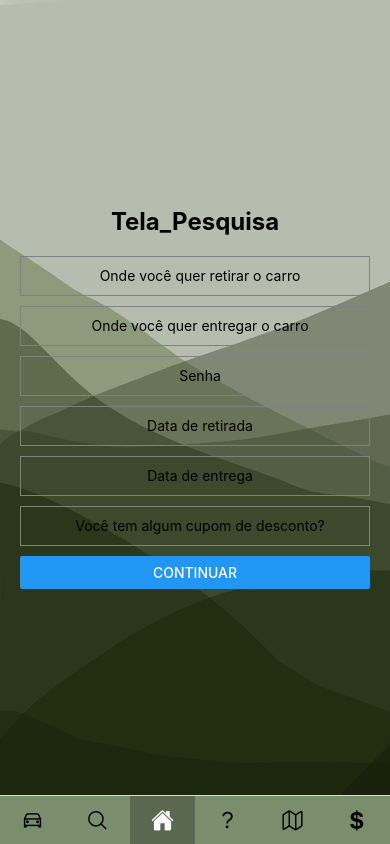
Repository: GabrielAron/EcoWheels
Page: /Home
These files come from the project's save history. The page is drawn as it stood at one moment and after the next save; the edit follows.
The browser window is 390 px wide. The pictures show the whole page.
The app was drawn by React Native's web renderer in a window 390 px wide. The project was rebuilt for these pictures with package versions that can differ from the ones it lists, and the page was loaded fresh each time. Also part of the build but not shown: src/Paginas/Carros/index.js, src/Paginas/Ajuda/index.js, src/Paginas/Mapa/index.js, src/Paginas/Pagamento/pagamento.js.

Above is the page before, as saved 2023-11-24 14:32:23.

### App.js
import React from 'react';
import Routes from './src/Paginas/routes';
import { ReservaProvider } from './src/Paginas/ReservaContext';


function App() {
  return (
    <ReservaProvider>
      <Routes />
    </ReservaProvider>
  );
}

export default App;

### src/Paginas/routes.js
import React from 'react';
import { createBottomTabNavigator } from '@react-navigation/bottom-tabs';
import { NavigationContainer } from '@react-navigation/native';
import { Ionicons } from '@expo/vector-icons';

import Home from './Home';
import Explorar from './Carros';
import Ajuda from './Ajuda';
import Reservas from './Locacoes';
import Recarga from './Mapa';
import Pagamento from './Pagamento/pagamento';

const Tab = createBottomTabNavigator();

export default function Routes() {
  return (
    <NavigationContainer>
      <Tab.Navigator
        tabBarOptions={{
          showLabel: false, // Oculta as etiquetas de texto das guias
          tabBarStyle: {
            position: 'absolute',
            backgroundColor: '#7A8D6D',
            height:700,
          },
          tabStyle: {
            elevation: 0,
          },
          inactiveBackgroundColor: '#7A8D6D',
          activeBackgroundColor: '#5A6851',
        }}
      >
        <Tab.Screen
          name="Reservas"
          component={Reservas}
          options={{
            headerShown: false,
            tabBarIcon: ({ color, size, focused }) => {
              if (focused) {
                return <Ionicons name="md-car" size={23} color="#FFF" />;
              } else {
                return <Ionicons name="md-car-outline" size={23} color="#000000" />;
              }
            },
          }}
        />
        <Tab.Screen
          name="Explorar"
          component={Explorar}
          options={{
            headerShown: false,
            tabBarIcon: ({ color, size, focused }) => {
              if (focused) {
                return <Ionicons name="md-search" size={23} color="#FFF" />;
              } else {
                return <Ionicons name="md-search-outline" size={23} color="#000000" />;
              }
            },
          }}
        />
        <Tab.Screen
          name="Home"
          component={Home}
          options={{
            headerShown: false,
            tabBarIcon: ({ color, size, focused }) => {
              if (focused) {
                return <Ionicons name="md-home" size={23} color="#FFF" />;
              } else {
                return <Ionicons name="md-home-outline" size={23} color="#000000" />;
              }
            },
          }}
        />
        <Tab.Screen
          name="Ajuda"
          component={Ajuda}
          options={{
            headerShown: false,
            tabBarIcon: ({ color, size, focused }) => {
              if (focused) {
                return <Ionicons name="md-help" size={23} color="#FFF" />;
              } else {
                return <Ionicons name="md-help-outline" size={23} color="#000000" />;
              }
            },
          }}
        />
        <Tab.Screen
          name="Recarga"
          component={Recarga}
          options={{
            headerShown: false,
            tabBarIcon: ({ color, size, focused }) => {
              if (focused) {
                return <Ionicons name="md-map" size={23} color="#FFF" />;
              } else {
                return <Ionicons name="md-map-outline" size={23} color="#000000" />;
              }
            },
          }}
        />
         <Tab.Screen
          name="Pagamento"
          component={Pagamento}
          options={{
            headerShown: false,
            tabBarIcon: ({ color, size, focused }) => {
              if (focused) {
                return <Ionicons name="logo-usd" size={23} color="#FFF" />;

              } else {
                return <Ionicons name="logo-usd" size={23} color="#000000" />;
              }
            },
          }}
        />
      </Tab.Navigator>
    </NavigationContainer>
  );
}

### src/Paginas/ReservaContext.js
import React, { createContext, useState } from 'react';

export const ReservaContext = createContext();

export const ReservaProvider = ({ children }) => {
  const [reservas, setReservas] = useState([]);

  return (
    <ReservaContext.Provider value={{ reservas, setReservas }}>
      {children}
    </ReservaContext.Provider>
  );
};

### src/Paginas/Home/index.js
import React from 'react';
import { View, Text, TextInput, Button, StyleSheet, ImageBackground } from 'react-native';
import Fundo from '/imagens/fundoverde.jpg';

export default function App() {
  return (
    <ImageBackground source={Fundo} style={styles.image}>
      <View style={styles.container}>
        <Text style={styles.title}>Tela_Pesquisa</Text>
        <TextInput style={styles.input} placeholder="Onde você quer retirar o carro" />
        <TextInput style={styles.input} placeholder="Onde você quer entregar o carro" />
        <TextInput style={styles.input} placeholder="Senha" secureTextEntry={true} />
        <TextInput style={styles.input} placeholder="Data de retirada" />
        <TextInput style={styles.input} placeholder="Data de entrega" />
        <TextInput style={styles.input} placeholder="Você tem algum cupom de desconto?" />
        <Button title="Continuar" onPress={() => {}} />
      </View>
    </ImageBackground>
  );
}

const styles = StyleSheet.create({
  container: {
    flex: 1,
    justifyContent: 'center',
    padding: 20,
  },
  image: {
    flex: 1,
    resizeMode: 'cover',
    justifyContent: 'center',
  },
  title: {
    fontSize: 24,
    fontWeight: 'bold',
    textAlign: 'center',
    marginBottom: 20,
  },
  input: {
    height: 40,
    borderColor: 'gray',
    borderWidth: 1,
    marginBottom: 10,
    paddingLeft: 10,
    textAlign: 'center',
  },
});

### src/Paginas/Locacoes/index.js
import React, { useState, useContext } from 'react';
import { View, Text, ImageBackground, Button, StyleSheet, ScrollView, Modal, Alert } from 'react-native';
import Fundo from '/imagens/fundoverde.jpg';
import { ReservaContext } from '../ReservaContext'; // Atualize o caminho conforme necessário

const Card = ({ id, title, image }) => {
  const [modalVisible, setModalVisible] = useState(false);
  const { reservas, setReservas } = useContext(ReservaContext);
  const [carros, setCarros] = useState([

      { id: 1, title: "QUALIDADE PARA UM CONFORTO E ÓTIMO PASSEIO - Exquisite Cruiser 1.8", image: "https://cdn.leonardo.ai/users/cf8d0bec-5da3-4e6a-aed2-13735b2a6925/generations/a40b4ef5-35ec-4e32-a5ff-cc2ef5e85345/PhotoReal_make_a_background_image_for_a_cell_phone_application_2.jpg?w=512" },
      { id: 2, title: "DESIGN E CONFORTO EM UM - Rider GT 3.0", image: "https://cdn.leonardo.ai/users/cf8d0bec-5da3-4e6a-aed2-13735b2a6925/generations/a40b4ef5-35ec-4e32-a5ff-cc2ef5e85345/PhotoReal_make_a_background_image_for_a_cell_phone_application_3.jpg?w=512" },
      { id: 3, title: "FORÇA PARA DESAFIOS OFF-Road - Viper GT 3.0 ", image: "https://cdn.leonardo.ai/users/cf8d0bec-5da3-4e6a-aed2-13735b2a6925/generations/a0fe3adc-2c2f-4336-bc49-e57599170dd1/PhotoReal_faa_um_hummer_eltrico_novo_andando_por_uma_cidade_3.jpg?w=512" },
      { id: 4, title: "UM CARRO ANTIGO E ESTILOSO PARA OS AMANTES DE CLÁSSICOS - Bentley 1.8", image: "https://cdn.leonardo.ai/users/cf8d0bec-5da3-4e6a-aed2-13735b2a6925/generations/c6457b66-6149-4c4d-8408-99c27071dc1e/PhotoReal_faa_um_carro_eletrico_executivo_andando_por_uma_cida_0.jpg?w=512" },
      { id: 5, title: "UM CARRO VERSÁTIL QUE ATENDE A TODAS AS NECESSIDADES FLEXUS X 1.0", image: "https://cdn.leonardo.ai/users/cf8d0bec-5da3-4e6a-aed2-13735b2a6925/generations/f62f0f84-2ea5-4c9d-a4e3-33ade848f3b2/PhotoReal_make_a_background_image_for_a_cell_phone_application_3.jpg?w=512" },
      { id: 6, title: "UMA OPÇÃO PERFEITA PARA QUEM BUSCA PRATICIDADE E CONFORTO - LUXURY DRIVE 1.6", image: "https://cdn.leonardo.ai/users/cf8d0bec-5da3-4e6a-aed2-13735b2a6925/generations/589507b8-d87b-4a85-b05e-c325ccebd6b6/PhotoReal_make_a_background_image_for_a_cell_phone_application_1.jpg?w=512" },
      { id: 7, title: "UM CARRO ESPORTIVO COM DESEMPENHO DE ALTA POTÊNCIA Vortex GT 5.0", image: "https://fotos-jornaldocarro-estadao.nyc3.cdn.digitaloceanspaces.com/wp-content/uploads/2023/01/13072602/Carro_esportivo.jpg" },
    ]);


  return (
    <View style={styles.card}>
      <ImageBackground source={{ uri: image }} style={styles.image}>
        <View style={styles.content}>
          <Text style={styles.title}>{title}</Text>
          <Button title="Reservar" onPress={() => setModalVisible(true)} />
        </View>
      </ImageBackground>

      <Modal
        animationType="slide"
        transparent={true}
        visible={modalVisible}
        onRequestClose={() => {
          Alert.alert("Modal has been closed.");
          setModalVisible(!modalVisible);
        }}
      >
        <View style={styles.centeredView}>
          <View style={styles.modalView}>
            <Text style={styles.modalText}>Deseja mesmo reservar o carro?</Text>

            <Button
              style={[styles.button, styles.buttonClose]}
              onPress={() => {
                setReservas([...reservas, { id, title, image }]);
                setCarros(carros.filter(carro => carro.id !== id));
                setModalVisible(!modalVisible);
              }}
              title="Sim"
            />
            <Button
              style={[styles.button, styles.buttonCancel]}
              onPress={() => setModalVisible(!modalVisible)}
              title="Não"
            />
          </View>
        </View>
      </Modal>
    </View>
  );
};

export default function Reservas() {
  return (
    <View style={styles.container}>
      <ImageBackground source={Fundo} style={styles.image}>
        <Text style={styles.text}>Carros</Text>
        <View style={styles.cardContainer}>
          <ScrollView showsVerticalScrollIndicator={false}>
            <Card id={1} title="QUALIDADE PARA UM CONFORTO E ÓTIMO PASSEIO - Exquisite Cruiser 1.8" image="https://cdn.leonardo.ai/users/cf8d0bec-5da3-4e6a-aed2-13735b2a6925/generations/a40b4ef5-35ec-4e32-a5ff-cc2ef5e85345/PhotoReal_make_a_background_image_for_a_cell_phone_application_2.jpg?w=512" />
            <Card id={2} title="DESIGN E CONFORTO EM UM - Rider GT 3.0" image="https://cdn.leonardo.ai/users/cf8d0bec-5da3-4e6a-aed2-13735b2a6925/generations/a40b4ef5-35ec-4e32-a5ff-cc2ef5e85345/PhotoReal_make_a_background_image_for_a_cell_phone_application_3.jpg?w=512" />
            <Card id={3} title="FORÇA PARA DESAFIOS OFF-Road - Viper GT 3.0 " image="https://cdn.leonardo.ai/users/cf8d0bec-5da3-4e6a-aed2-13735b2a6925/generations/a0fe3adc-2c2f-4336-bc49-e57599170dd1/PhotoReal_faa_um_hummer_eltrico_novo_andando_por_uma_cidade_3.jpg?w=512" />
            <Card id={4} title="UM CARRO ANTIGO E ESTILOSO PARA OS AMANTES DE CLÁSSICOS - Bentley 1.8" image="https://cdn.leonardo.ai/users/cf8d0bec-5da3-4e6a-aed2-13735b2a6925/generations/c6457b66-6149-4c4d-8408-99c27071dc1e/PhotoReal_faa_um_carro_eletrico_executivo_andando_por_uma_cida_0.jpg?w=512" />
            <Card id={5} title="UM CARRO VERSÁTIL QUE ATENDE A TODAS AS NECESSIDADES FLEXUS X 1.0" image="https://cdn.leonardo.ai/users/cf8d0bec-5da3-4e6a-aed2-13735b2a6925/generations/f62f0f84-2ea5-4c9d-a4e3-33ade848f3b2/PhotoReal_make_a_background_image_for_a_cell_phone_application_3.jpg?w=512" />
            <Card id={6} title="UMA OPÇÃO PERFEITA PARA QUEM BUSCA PRATICIDADE E CONFORTO - LUXURY DRIVE 1.6" image="https://cdn.leonardo.ai/users/cf8d0bec-5da3-4e6a-aed2-13735b2a6925/generations/589507b8-d87b-4a85-b05e-c325ccebd6b6/PhotoReal_make_a_background_image_for_a_cell_phone_application_1.jpg?w=512" />
            <Card id={7} title="UM CARRO ESPORTIVO COM DESEMPENHO DE ALTA POTÊNCIA Vortex GT 5.0" image="https://fotos-jornaldocarro-estadao.nyc3.cdn.digitaloceanspaces.com/wp-content/uploads/2023/01/13072602/Carro_esportivo.jpg" />
          </ScrollView>
        </View>
      </ImageBackground>
    </View>
  );
}


const styles = StyleSheet.create({
  container: {
    flex: 1,
  },
  image: {
    flex: 1,
    resizeMode: 'cover',
    justifyContent: 'center',
  },
  text: {
    color: '#fffbff',
    fontSize: 36,
    position: 'absolute',
    top: 50,
    left: 0,
    right: 0,
    fontWeight: 'bold',
    textAlign: 'center',
  },
  cardContainer: {
    flex: 1,
    alignItems: 'center',
    justifyContent: 'center',
    paddingTop: 200,
    paddingLeft: 75,
  },
  card: {
    width: '90%',
    height: 200,
    marginBottom: 45,
    borderRadius: 10,
    overflow: 'hidden',
  },
  image: {
    flex: 1,
    resizeMode: 'cover',
    justifyContent: 'center',
  },
  content: {
    padding: 10,
    alignItems: 'center',
    justifyContent: 'center',
  },
  title: {
    fontSize: 16,
    fontWeight: 'bold',
    color: '#fffbff',
  },
  overlay: {
    ...StyleSheet.absoluteFillObject,
    backgroundColor: 'rgba(128, 128, 128, 0.5)',
  },
  centeredView: {
    flex: 1,
    justifyContent: "center",
    alignItems: "center",
    marginTop: 22
  },
  modalView: {
    margin: 20,
    backgroundColor: "white",
    borderRadius: 20,
    padding: 35,
    alignItems: "center",
    shadowColor: "#000",
    shadowOffset: {
      width: 0,
      height: 2
    },
    shadowOpacity: 0.25,
    shadowRadius: 4,
    elevation: 5
  },
  button: {
    borderRadius: 20,
    padding: 10,
    elevation: 2
  },
  buttonClose: {
    backgroundColor: "#2196F3",
  },
  buttonCancel: {
    backgroundColor: "#f00",
  },
  modalText: {
    marginBottom: 15,
    textAlign: "center"
  }
});

After the next save:
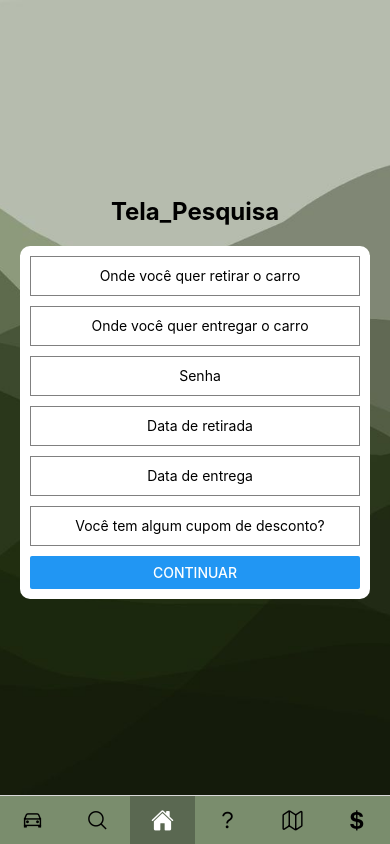
Saved 2 min 0 s later.
--- a/src/Paginas/Home/index.js
+++ b/src/Paginas/Home/index.js
@@ -1,19 +1,21 @@
 import React from 'react';
 import { View, Text, TextInput, Button, StyleSheet, ImageBackground } from 'react-native';
-import Fundo from '/imagens/fundoverde.jpg';
+import Fundo from './imagens/fundoverde.jpg';
 
 export default function App() {
   return (
     <ImageBackground source={Fundo} style={styles.image}>
       <View style={styles.container}>
         <Text style={styles.title}>Tela_Pesquisa</Text>
-        <TextInput style={styles.input} placeholder="Onde você quer retirar o carro" />
-        <TextInput style={styles.input} placeholder="Onde você quer entregar o carro" />
-        <TextInput style={styles.input} placeholder="Senha" secureTextEntry={true} />
-        <TextInput style={styles.input} placeholder="Data de retirada" />
-        <TextInput style={styles.input} placeholder="Data de entrega" />
-        <TextInput style={styles.input} placeholder="Você tem algum cupom de desconto?" />
-        <Button title="Continuar" onPress={() => {}} />
+        <View style={styles.formContainer}>
+          <TextInput style={styles.input} placeholder="Onde você quer retirar o carro" />
+          <TextInput style={styles.input} placeholder="Onde você quer entregar o carro" />
+          <TextInput style={styles.input} placeholder="Senha" secureTextEntry={true} />
+          <TextInput style={styles.input} placeholder="Data de retirada" />
+          <TextInput style={styles.input} placeholder="Data de entrega" />
+          <TextInput style={styles.input} placeholder="Você tem algum cupom de desconto?" />
+          <Button title="Continuar" onPress={() => {}} />
+        </View>
       </View>
     </ImageBackground>
   );
@@ -44,4 +46,9 @@ const styles = StyleSheet.create({
     paddingLeft: 10,
     textAlign: 'center',
   },
+  formContainer: {
+    backgroundColor: 'white',
+    borderRadius: 10,
+    padding: 10,
+  },
 });
